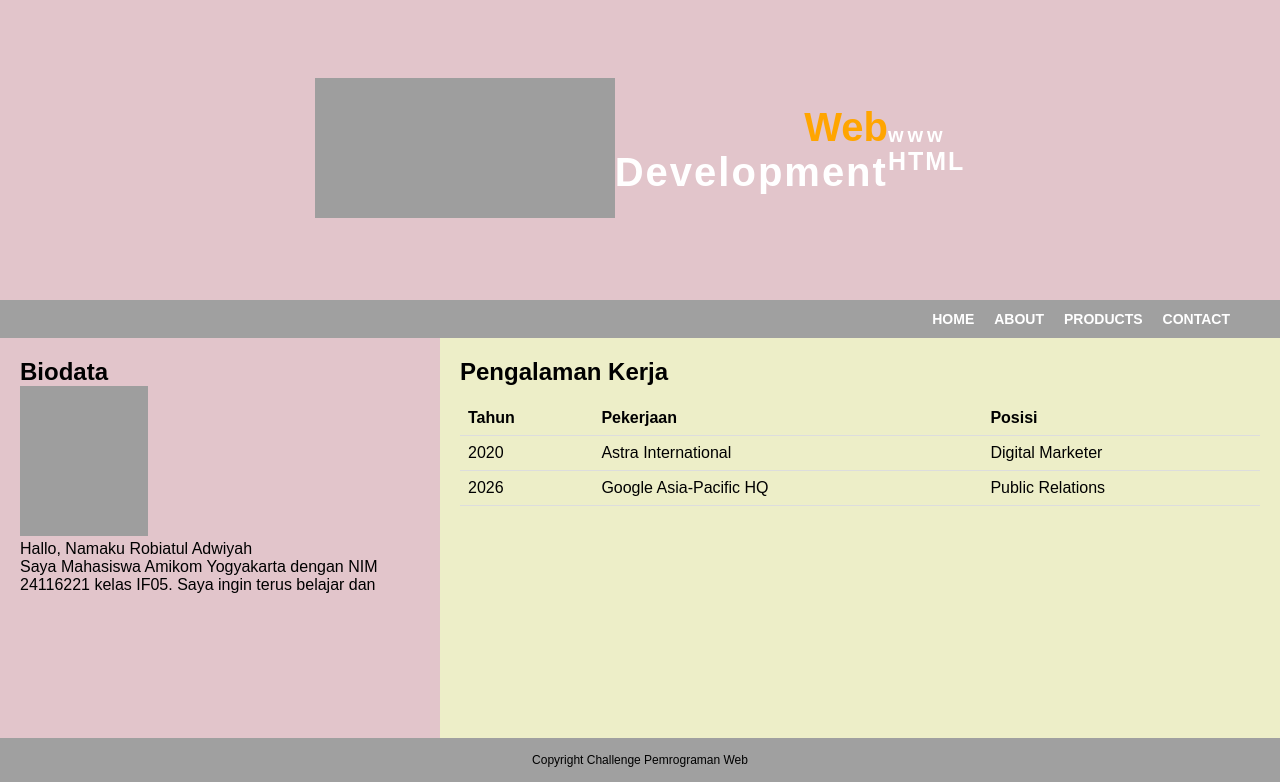
Repository: Adwiyah324/praktikum3
Page: praktikum_3.html
An editor plug-in stored every save of this project. The page is shown before and after the next save, followed by the edit.
The browser window is 1280 px wide. The pictures show the whole page.
Pictures or frames that could not be fetched are drawn as grey boxes.

Above is the page before, as saved 2026-05-02 21:57:44.

### praktikum_3.html
<!DOCTYPE html>
<html lang="en">
<head>
    <meta charset="UTF-8">
    <meta name="viewport" content="width=device-width, initial-scale=1.0">
    <title>Challenge Web Development</title>
    <link rel="stylesheet" href="style.css">
</head>
<body>
    <header>
        <div class="banner">
            <div class="content-left">
                <img src="https://encrypted-tbn0.gstatic.com/images?q=tbn:ANd9GcT7FHzoDLRRQ9veEhvcLvJ5AFrW8bXTeBMGWQ&s.png" alt="W3Schools.com" width="150" height="140">
            </div>
            <div class="content-">
                <img src="https://encrypted-tbn0.gstatic.com/images?q=tbn:ANd9GcQnCK-8JTos3SK6sOkfGf-cBF9u6dWALZiTRw&s.png" alt="W3Schools.com" width="150" height="140">
            </div>
            <div class="content-right">
                <h1>Web</h1>
                <h2>Development</h2>
            </div>
            <div class="content-left">
                <h1>www</h1>
                <h2>HTML</h2>
            </div>
        </div>
        <nav>
            <ul>
                <li><a href="#">HOME</a></li>
                <li><a href="#">ABOUT</a></li>
                <li><a href="#">PRODUCTS</a></li>
                <li><a href="#">CONTACT</a></li>
            </ul>
        </nav>
    </header>

    <main class="container">
        <section class="biodata">
            <h2>Biodata</h2>
            <img src="https://encrypted-tbn0.gstatic.com/images?q=tbn:ANd9GcT8Y7yP3gq7OqGYC4u_p8wdiZJV7Gh3ZwAQ2w&s" alt="img" width="128" height="150">
            <p>Hallo, Namaku Robiatul Adwiyah</p>
            <p>Saya Mahasiswa Amikom Yogyakarta dengan NIM 24116221 kelas IF05. Saya ingin terus belajar dan</p>
        </section>

        <section class="pengalaman">
            <h2>Pengalaman Kerja</h2>
            <table>
                <thead>
                    <tr>
                        <th>Tahun</th>
                        <th>Pekerjaan</th>
                        <th>Posisi</th>
                    </tr>
                </thead>
                <tbody>
                    <tr>
                        <td>2020</td>
                        <td>Astra International</td>
                        <td>Digital Marketer</td>
                    </tr>
                    <tr>
                        <td>2026</td>
                        <td>Google Asia-Pacific HQ</td>
                        <td>Public Relations</td>
                    </tr>
                </tbody>
            </table>
        </section>
    </main>

    <footer>
        <p>Copyright Challenge Pemrograman Web</p>
    </footer>

</body>
</html>

### style.css
* {
    margin: 0;
    padding: 0;
    box-sizing: border-box;
    font-family: Arial, sans-serif;
}

body {
    background-color: #f0f0f0;
}

.banner {
    background-color: #e2c5cb;
    height: 300px;
    display: flex;
    justify-content: center;
    align-items: center;
    color: white;
    font-family: sans-serif;
}

.img{
    max-width: 400px;
    height: auto;
    justify-content: flex-start;
}

.content-right{
    text-align: right;
}

.content-right h1{
    font-size: 40px;
    color: orange;
    margin : 0;
}

.content-right h2{
    font-size: 40px;
    letter-spacing: 2px;
    text-align: left;
    margin: 0;
}
.content-left h1{
    font-size: 20px;
    letter-spacing: 4px;
    text-align: left;
    margin: 0;
}
.content-left h2{
    font-size: 25px;
    letter-spacing: 2px;
    margin: 0;
}

nav {
    background-color: #a0a0a0;
    padding: 10px 50px;
}

nav ul {
    display: flex;
    justify-content: flex-end;
    list-style: none;
}

nav ul li {
    margin-left: 20px;
}

nav ul li a {
    text-decoration: none;
    color: white;
    font-size: 14px;
    font-weight: bold;
}

.container {
    display: flex;
    min-height: 400px;
    width: 100%;
}


.biodata {
    flex: 1;
    background-color: #e2c5cb;
    padding: 20px;
    font-family: Times New Roman, Times, serif;
}

.pengalaman {
    flex: 2;
    background-color: #edeec8;
    padding: 20px;
}

.profile-pic {
    width: 200px;
    height: auto;
    border: 5px solid white;
    margin-bottom: 10px;
}

table {
    width: 100%;
    border-collapse: collapse;
    margin-top: 15px;
}

th, td {
    text-align: left;
    padding: 8px;
    border-bottom: 1px solid #ddd;
}

footer {
    background-color: #a0a0a0;
    text-align: center;
    padding: 15px;
    font-size: 12px;
}

After the next save:
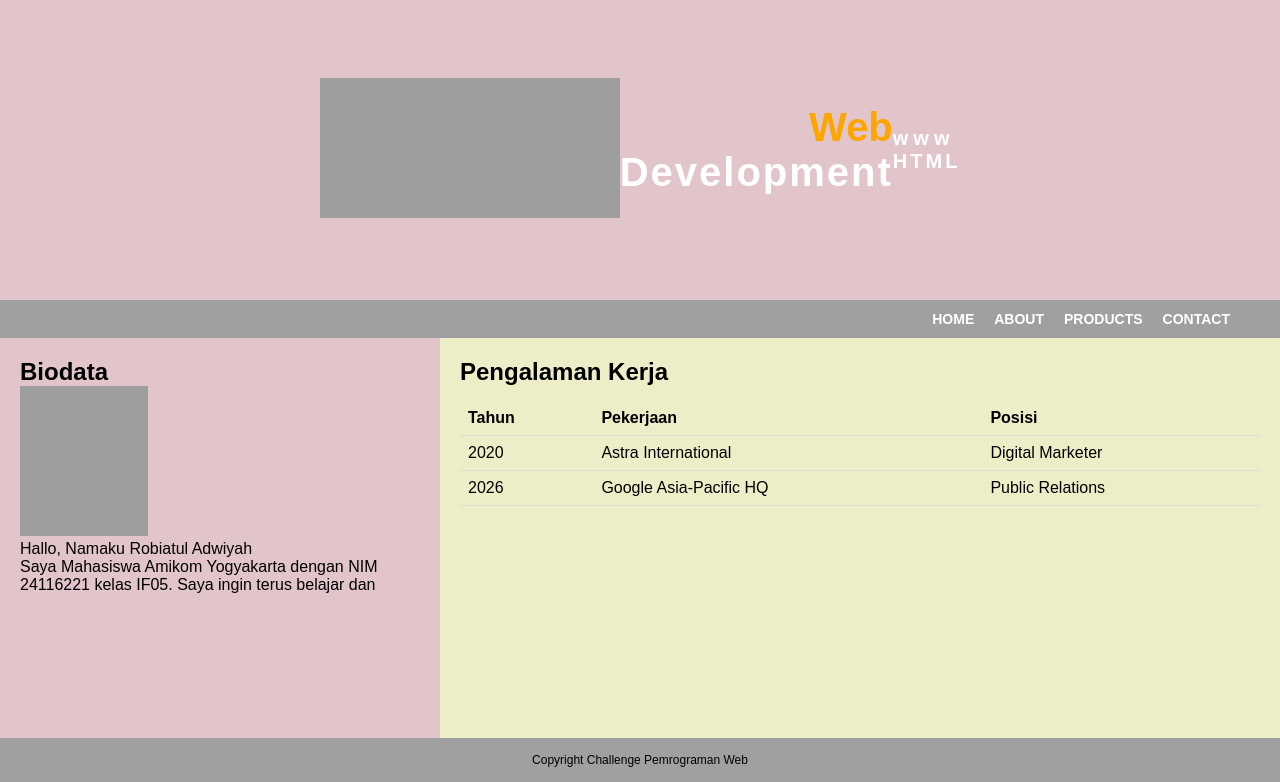
Saved 37 s later.
--- a/style.css
+++ b/style.css
@@ -43,13 +43,13 @@ body {
 }
 .content-left h1{
     font-size: 20px;
-    letter-spacing: 4px;
+    letter-spacing: 5px;
     text-align: left;
     margin: 0;
 }
 .content-left h2{
-    font-size: 25px;
-    letter-spacing: 2px;
+    font-size: 20px;
+    letter-spacing: 3px;
     margin: 0;
 }
 
